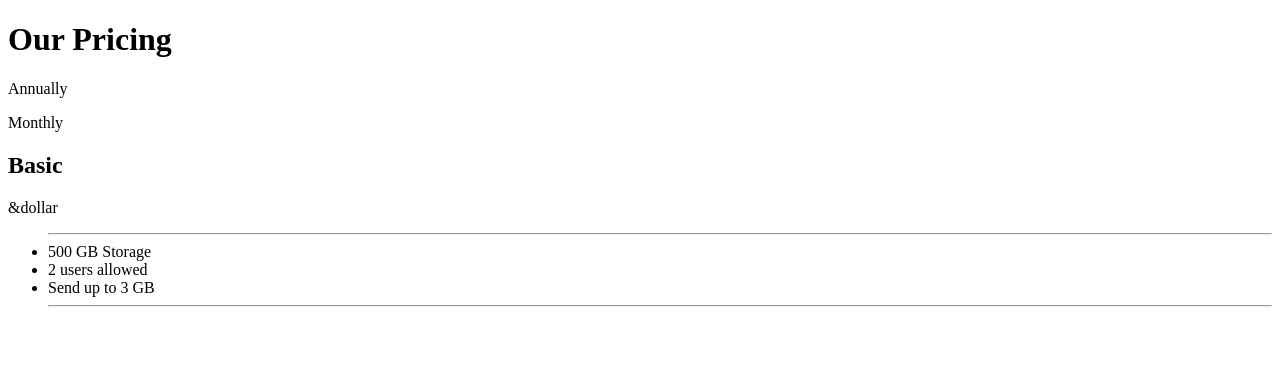
Repository: lah23500/Pricing-App
Page: Price landing page/index.html
These files come from the project's save history. The page is drawn as it stood at one moment and after the next save; the edit follows.
The browser window is 1280 px wide. The pictures show the whole page.

Above is the page before, as saved 2024-01-19 13:58:09.

### Price landing page/index.html
<!DOCTYPE html>
<html lang="en">
  <head>
    <meta charset="UTF-8" />
    <meta name="viewport" content="width=device-width, initial-scale=1.0" />
    <title>Pricing Component with Toggle</title>
  </head>

  <body>
    <header>
      <h1>Our Pricing</h1>
      <nav>
        <p>Annually</p>

        <p>Monthly</p>
      </nav>
    </header>
    <main>
      <h2>Basic</h2>

      <p>&dollar</p>
      <ul>
        <hr />
        <li>500 GB Storage</li>
        <li>2 users allowed</li>
        <li>Send up to 3 GB</li>
        <hr />
      </ul>
    </main>
  </body>
</html>

After the next save:
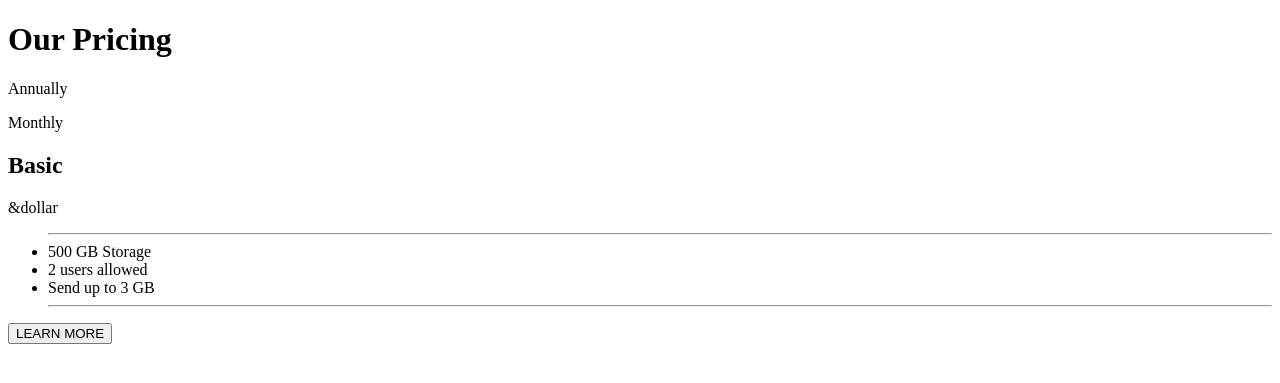
Saved 62 s later.
--- a/Price landing page/index.html
+++ b/Price landing page/index.html
@@ -26,6 +26,8 @@
         <li>Send up to 3 GB</li>
         <hr />
       </ul>
+
+      <button>LEARN MORE</button>
     </main>
   </body>
 </html>
